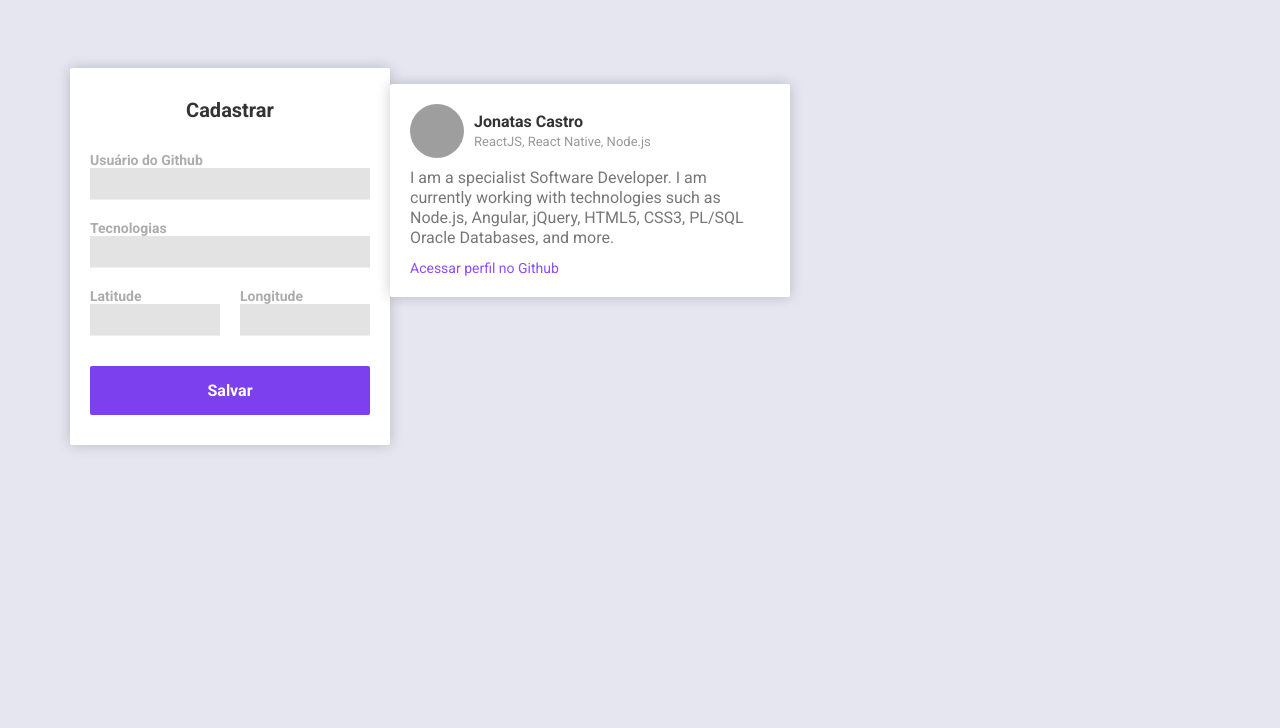
Repository: Jonatas-Castro/react_frontend
Page: /
These files come from the project's save history. The page is drawn as it stood at one moment and after the next save; the edit follows.
The browser window is 1280 px wide. The pictures show the whole page.
The pointer rests on the first visible `li.dev-item a`.
Pictures or frames that could not be fetched are drawn as grey boxes. The project was rebuilt for these pictures with package versions that can differ from the ones it lists, and the page was loaded fresh each time.

Above is the page before, as saved 2020-01-16 16:01:07.

After the next save:
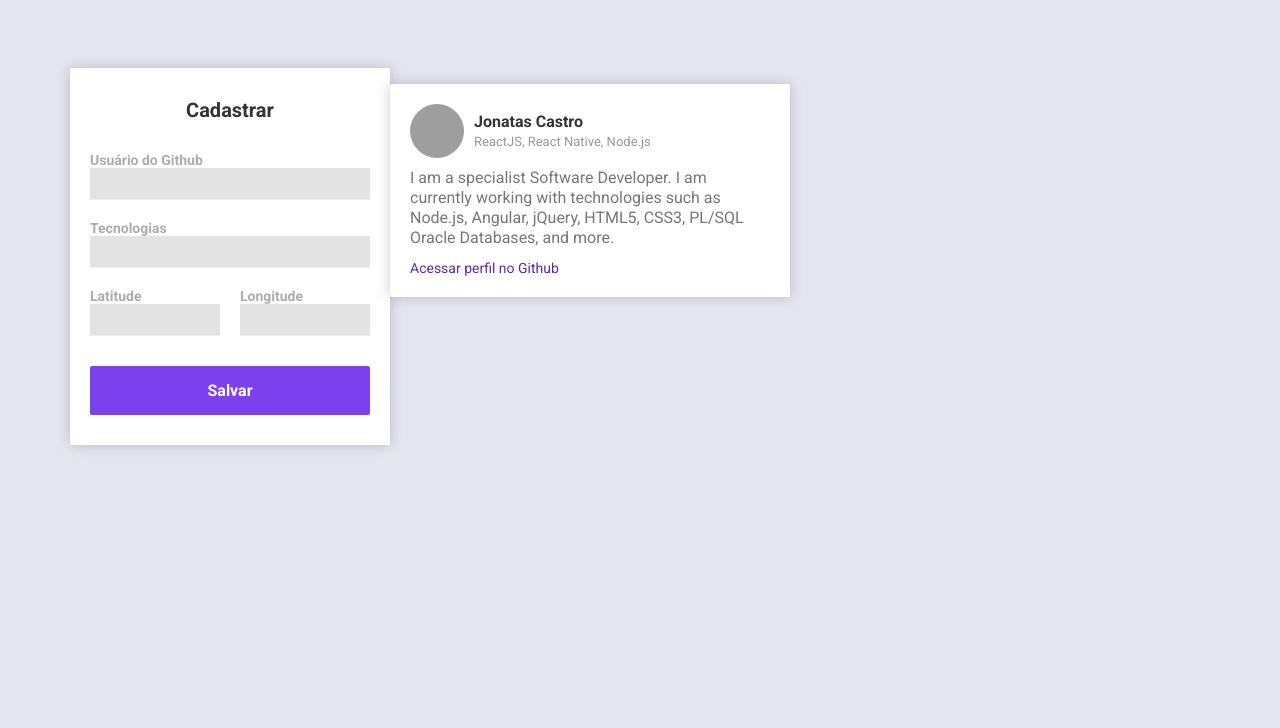
Saved 46 s later.
--- a/src/Main.css
+++ b/src/Main.css
@@ -56,3 +56,7 @@ li.dev-item a{
     font-size: 14px;
     text-decoration: none;
 }
+
+li.dev-item a:hover{
+    color: #5a2ca6;
+}
